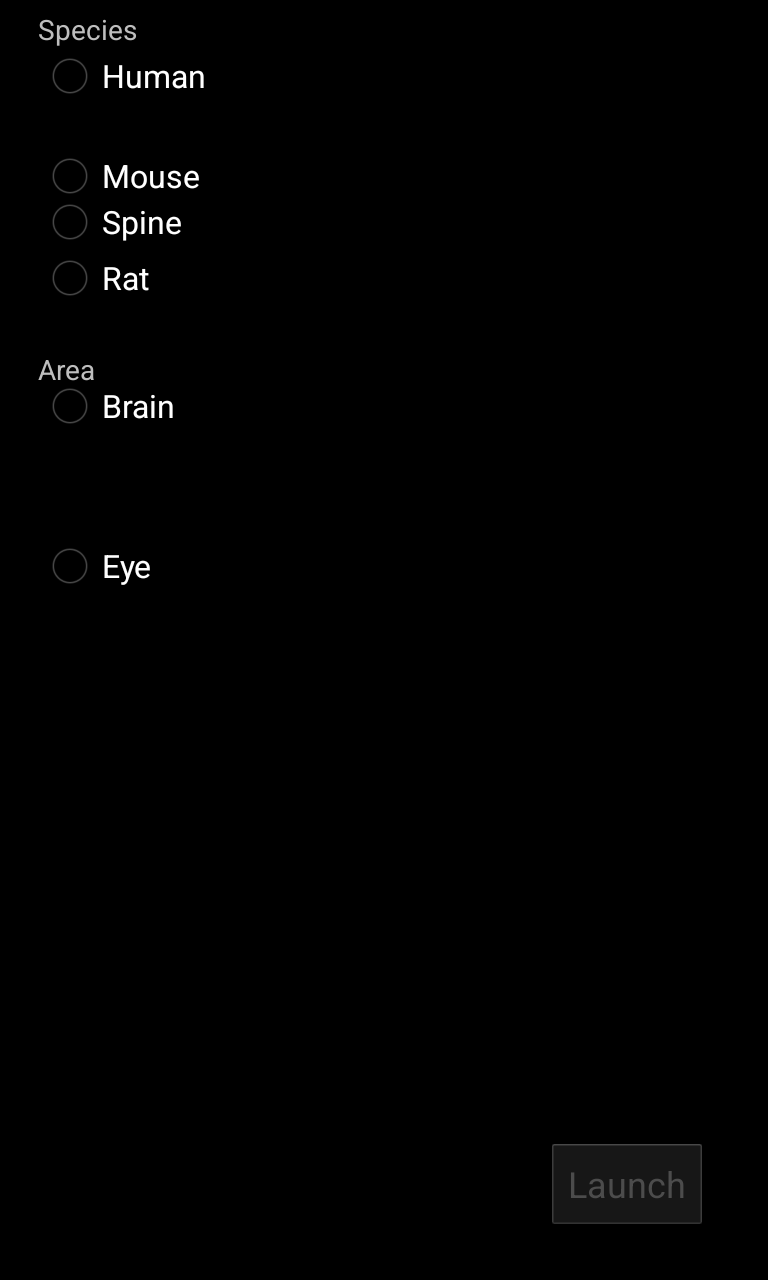
Repository: Ekarg/CSCE315Project3
Layout: Project3/res/layout/activity_main.xml
An editor plug-in stored every save of this project. The layout is shown before and after the next save, followed by the edit.
It is drawn on a 768 x 1280 px phone screen (xhdpi) without system bars, with theme android:Theme.Holo; the app's code is not run.

Above is the layout before, as saved 2013-11-27 20:01:52.

### Project3/res/layout/activity_main.xml
<RelativeLayout xmlns:android="http://schemas.android.com/apk/res/android"
    xmlns:tools="http://schemas.android.com/tools"
    android:layout_width="match_parent"
    android:layout_height="match_parent"
    android:paddingBottom="5dp"
    android:paddingLeft="5dp"
    android:paddingRight="5dp"
    android:paddingTop="5dp"
    tools:context=".MainActivity" >

    <Button
        android:id="@+id/button1"
        android:layout_width="wrap_content"
        android:layout_height="wrap_content"
        android:layout_alignParentBottom="true"
        android:layout_alignParentRight="true"
        android:layout_marginBottom="19dp"
        android:layout_marginRight="24dp"
        android:enabled = "false"
		android:onClick="launch"
        android:text="@string/Button" />

    <TextView
        android:id="@+id/textView1"
        android:layout_width="wrap_content"
        android:layout_height="wrap_content"
        android:layout_marginLeft="14dp"
        android:layout_alignParentTop="true"
        android:text="@string/species" />

   <RadioGroup
        android:id="@+id/radioGroup1"
        android:layout_width="fill_parent"
        android:layout_height="wrap_content"
        android:layout_alignParentTop="true"
        android:layout_centerHorizontal="true"
        android:orientation="vertical" >

        <RadioButton
            android:id="@+id/radioButton1"
            android:layout_width="wrap_content"
            android:layout_height="wrap_content"
            android:layout_marginLeft="14dp"
            android:checked = "false"
            android:layout_marginTop="17dp"
            android:text="@string/human"
            android:onClick="onRadioButtonClicked"/>

        <RadioButton
            android:id="@+id/radioButton2"
            android:layout_width="wrap_content"
            android:layout_height="wrap_content"
            android:layout_marginLeft="14dp"
            android:checked = "false"
            android:layout_marginTop="18dp"
            android:text="@string/mouse"
            android:onClick="onRadioButtonClicked"/>

        <RadioButton
            android:id="@+id/radioButton3"
            android:layout_width="wrap_content"
            android:layout_height="wrap_content"
            android:layout_marginLeft="14dp"
            android:checked = "false"
            android:layout_marginTop="19dp"
            android:text="@string/rat"
            android:onClick="onRadioButtonClicked"/>
    </RadioGroup>

    <TextView
        android:id="@+id/textView2"
        android:layout_width="wrap_content"
        android:layout_height="wrap_content"
        android:layout_alignLeft="@+id/textView1"
        android:layout_below="@+id/radioGroup1"
        android:layout_marginTop="20dp"
        android:text="@string/area"
        android:onClick="onRadioButtonClicked" />

     <RadioGroup
        android:id="@+id/radioGroup2"
        android:layout_width="fill_parent"
        android:layout_height="wrap_content"
        android:checked = "false"
        android:layout_alignParentTop="true"
        android:layout_centerHorizontal="true"
        android:orientation="vertical" >

	    <RadioButton
	        android:id="@+id/radioButton4"
	        android:layout_width="wrap_content"
	        android:layout_height="wrap_content"
	        android:checked = "false"
	        android:layout_marginLeft="14dp"
	        android:layout_marginTop="90dp"
	        android:text="@string/spine"
	        android:onClick="onRadioButtonClicked"/>

	    <RadioButton
	        android:id="@+id/radioButton5"
	        android:layout_width="wrap_content"
	        android:layout_height="wrap_content"
	        android:layout_marginLeft="14dp"
	        android:layout_marginTop="60dp"
	        android:checked="false"
	        android:onClick="onRadioButtonClicked"
	        android:text="@string/brain" />

	     <RadioButton
         android:id="@+id/radioButton6"
         android:layout_width="wrap_content"
         android:layout_height="wrap_content"
         android:checked = "false"
         android:layout_marginLeft="14dp"
         android:layout_marginTop="48dp"
         android:text="@string/eye"
         android:onClick="onRadioButtonClicked" />
	</RadioGroup>



</RelativeLayout>

### Project3/res/values/strings.xml
<?xml version="1.0" encoding="utf-8"?>
<resources>

    <string name="app_name">Show Me the.... Neuron!</string>
    <string name="action_settings">Settings</string>
    <string name="hello_world">Hello world!</string>
    <string name="Button">Launch</string>
    <string name="title_activity_second">Neuron Display</string>
    <string name="species">Species</string>
    <string name="human">Human</string>
    <string name="mouse">Mouse</string>
    <string name="rat">Rat</string>
    <string name="area">Area</string>
    <string name="eye">Eye</string>
    <string name="brain">Brain</string>
    <string name="spine">Spine</string>


</resources>

After the next save:
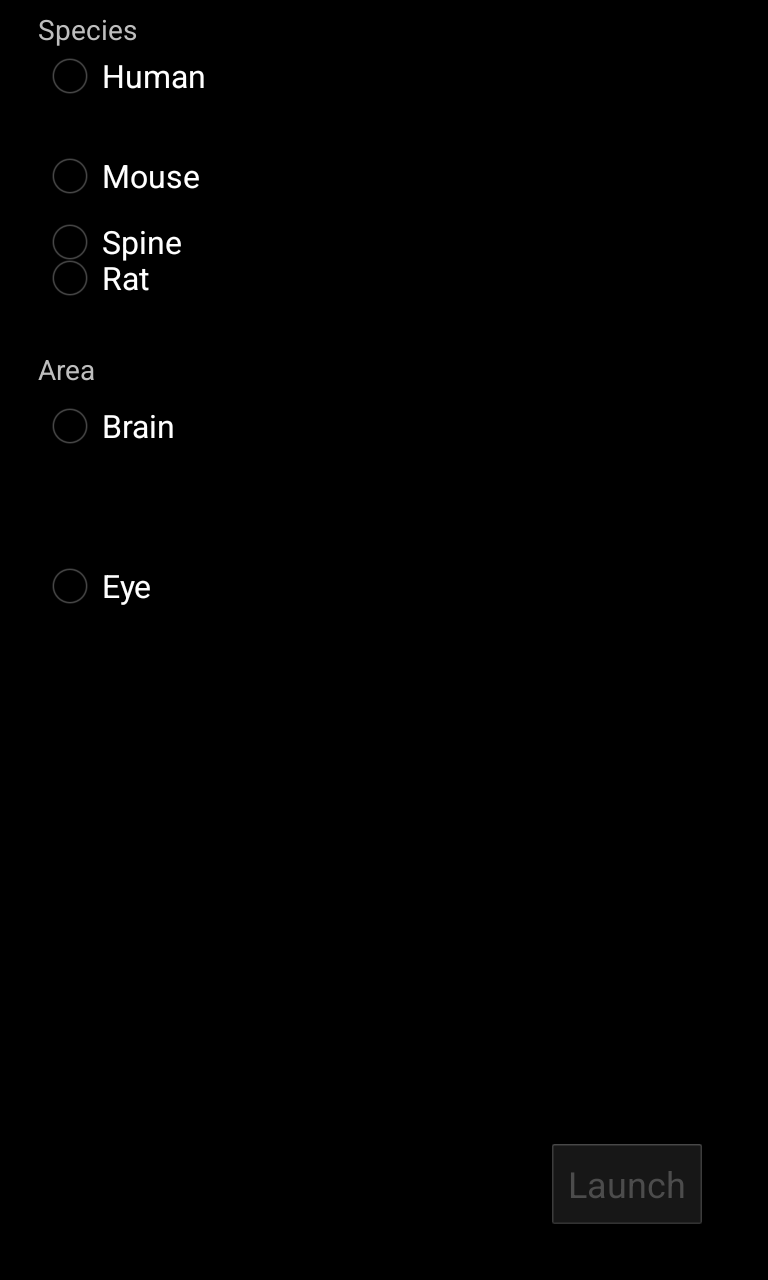
Saved 7 s later.
--- a/Project3/res/layout/activity_main.xml
+++ b/Project3/res/layout/activity_main.xml
@@ -92,7 +92,7 @@
 	        android:layout_height="wrap_content"
 	        android:checked = "false"
 	        android:layout_marginLeft="14dp"
-	        android:layout_marginTop="90dp"
+	        android:layout_marginTop="100dp"
 	        android:text="@string/spine"
 	        android:onClick="onRadioButtonClicked"/>
 
